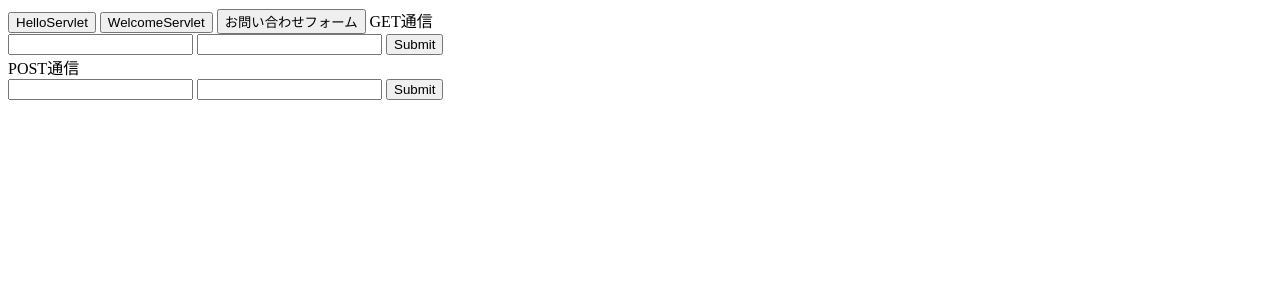
Repository: Yuuu-94/test
Page: http://localhost/HelloServlet/
An editor plug-in stored every save of this project. The page is shown before and after the next save, followed by the edit.
The browser window is 1280 px wide. The pictures show the whole page.
The page is served by Tomcat 9.

Above is the page before, as saved 2019-05-15 11:02:19.

After the next save:
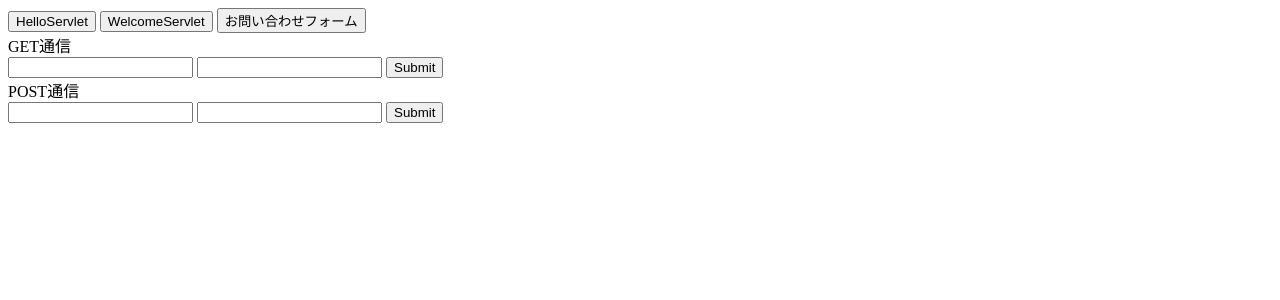
Saved 49 s later.
--- a/HelloServlet/WebContent/index.jsp
+++ b/HelloServlet/WebContent/index.jsp
@@ -11,7 +11,8 @@
 
 <input type="button" value="WelcomeServlet" onClick="location.href='welcome.jsp'">
 
-<input type="button" value="お問い合わせフォーム" onClick="location.href='inquiry.jsp'">
+<input type="button" value="お問い合わせフォーム" onClick="location.href='inquiry.jsp'"><br>
+
 
 GET通信
 <form method="get" action="TestServlet">
